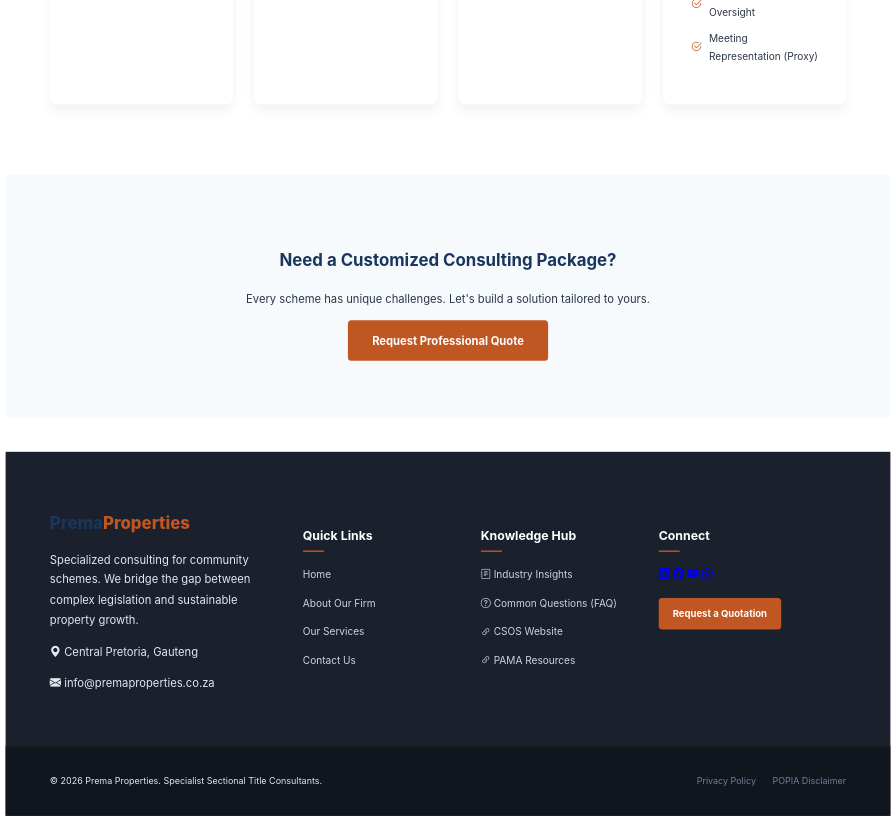
Repository: mnqobiMenzi/Prema-Properties
Page: services.html
These files come from the project's save history. The page is drawn as it stood at one moment and after the next save; the edit follows.
The browser window is 1280 px wide. The pictures show the part of the page from y = 1908 to 3828 px (the page is 3082 px tall before and 4150 px after), at 70% of full size.

Above is the page before, as saved 2026-02-16 11:28:28.

After the next save:
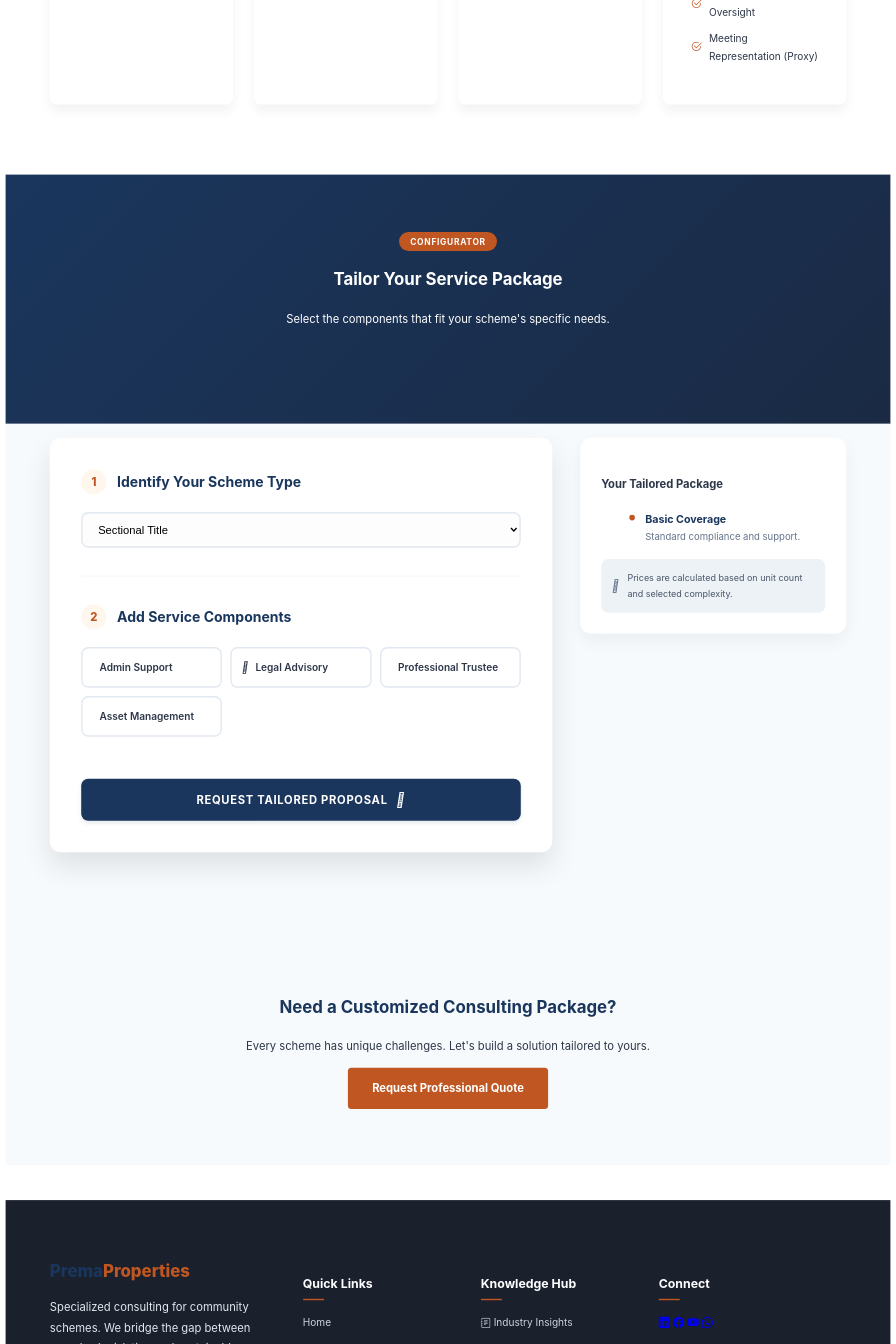
Saved 3 min 40 s later.
--- a/services.html
+++ b/services.html
@@ -126,6 +126,88 @@
   </div>
 </section>
 
+<section class="quote-hero-v4">
+    <div class="container">
+        <span class="badge-v4">Configurator</span>
+        <h1>Tailor Your Service Package</h1>
+        <p>Select the components that fit your scheme's specific needs.</p>
+    </div>
+</section>
+
+<section class="section-padding light-gray">
+    <div class="container">
+        <form class="quote-grid-v4">
+            <div class="quote-form-v4">
+
+                <div class="form-step">
+                    <div class="step-title">
+                        <div class="step-num">1</div>
+                        <h3>Identify Your Scheme Type</h3>
+                    </div>
+                    <div class="form-row">
+                        <div class="input-v4">
+                            <select name="scheme-type">
+                                <option>Sectional Title</option>
+                                <option>HOA / Estate</option>
+                                <option>Retirement Village</option>
+                                <option>Commercial / Industrial</option>
+                            </select>
+                        </div>
+                    </div>
+                </div>
+
+                <div class="form-step">
+                    <div class="step-title">
+                        <div class="step-num">2</div>
+                        <h3>Add Service Components</h3>
+                    </div>
+                    <div class="services-selection-grid">
+                        <label class="service-pill">
+                            <input type="checkbox" name="service" value="admin">
+                            <span><i class="fas fa-file-invoice"></i> Admin Support</span>
+                        </label>
+                        <label class="service-pill">
+                            <input type="checkbox" name="service" value="legal">
+                            <span><i class="fas fa-gavel"></i> Legal Advisory</span>
+                        </label>
+                        <label class="service-pill">
+                            <input type="checkbox" name="service" value="trustee">
+                            <span><i class="fas fa-user-tie"></i> Professional Trustee</span>
+                        </label>
+                        <label class="service-pill">
+                            <input type="checkbox" name="service" value="asset">
+                            <span><i class="fas fa-chart-line"></i> Asset Management</span>
+                        </label>
+                    </div>
+                </div>
+
+                <button type="submit" class="quote-submit-btn">
+                    Request Tailored Proposal <i class="fas fa-arrow-right"></i>
+                </button>
+            </div>
+
+            <aside class="quote-sidebar-v4">
+                <div class="process-card">
+                    <h4>Your Tailored Package</h4>
+                    <ul class="process-list" id="selection-summary">
+                        <li>
+                            <div class="dot"></div>
+                            <div>
+                                <strong>Basic Coverage</strong>
+                                <p>Standard compliance and support.</p>
+                            </div>
+                        </li>
+                    </ul>
+                    <div class="security-note" style="margin-top: 20px;">
+                        <i class="fas fa-info-circle"></i>
+                        <p>Prices are calculated based on unit count and selected complexity.</p>
+                    </div>
+                </div>
+            </aside>
+        </form>
+    </div>
+</section>
+
   <section class="services-cta">
     <div class="container center-text">
       <h2>Need a Customized Consulting Package?</h2>
